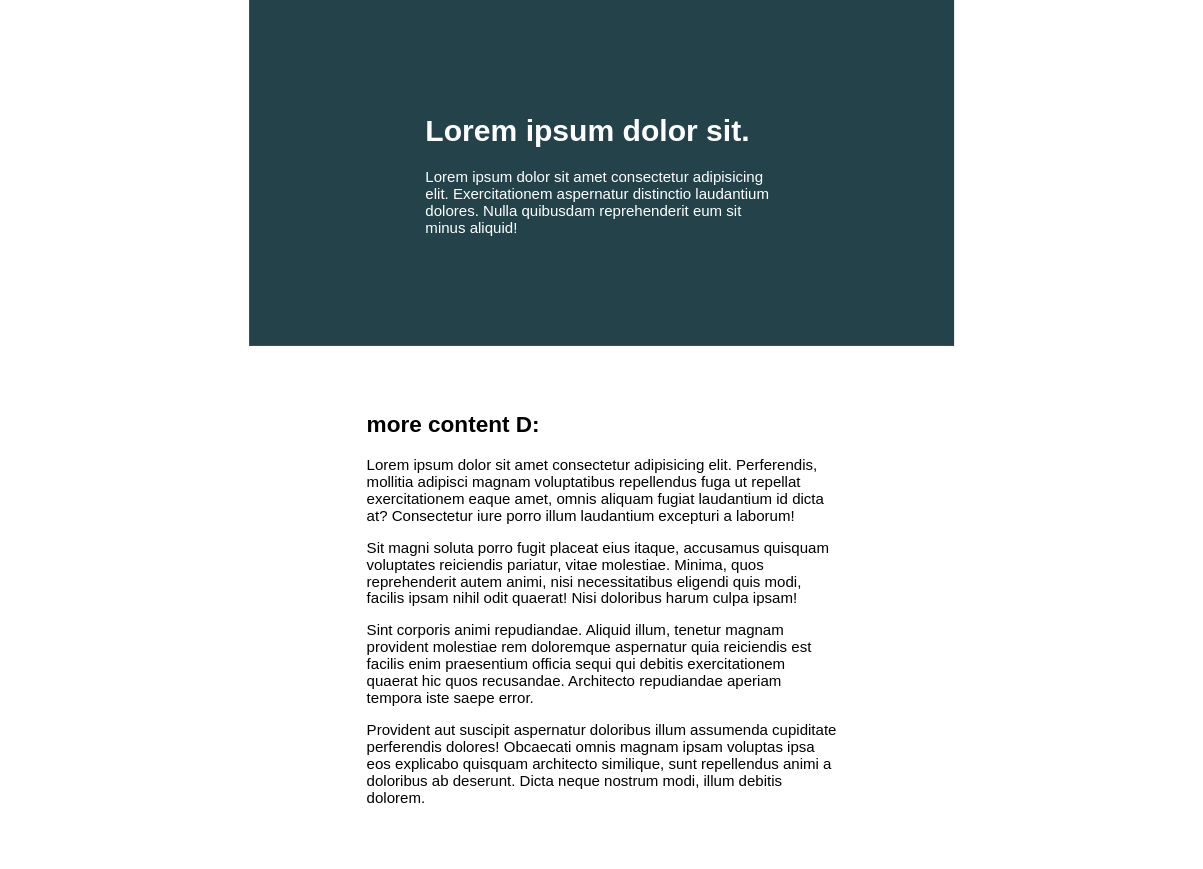
Repository: ufanodev/responsive-3
Page: index.html
These files come from the project's save history. The page is drawn as it stood at one moment and after the next save; the edit follows.
The browser window is 1280 px wide. The pictures show the whole page, at 94% of full size.

Above is the page before, as saved 2022-12-10 19:38:58.

### index.html
<!DOCTYPE html>
<html lang="en">
<head>
    <meta charset="UTF-8">
    <meta name="viewport" content="width=device-width, initial-scale=1.0">
    <title>KP Responsive Course</title>

    <link rel="stylesheet" href="style.css">
</head>
<body>

    <div class="container">
        <div class="intro-content">
            <h1>Lorem ipsum dolor sit.</h1>
            <p>Lorem ipsum dolor sit amet consectetur adipisicing elit. Exercitationem aspernatur distinctio laudantium dolores. Nulla quibusdam reprehenderit eum sit minus aliquid!</p>
        </div>
    </div>

    <div class ="intro-content">
        <h2>more content D:</h2>
            <p>Lorem ipsum dolor sit amet consectetur adipisicing elit. Perferendis, mollitia adipisci magnam voluptatibus repellendus fuga ut repellat exercitationem eaque amet, omnis aliquam fugiat laudantium id dicta at? Consectetur iure porro illum laudantium excepturi a laborum!</p>

            <p>Sit magni soluta porro fugit placeat eius itaque, accusamus quisquam voluptates reiciendis pariatur, vitae molestiae. Minima, quos reprehenderit autem animi, nisi necessitatibus eligendi quis modi, facilis ipsam nihil odit quaerat! Nisi doloribus harum culpa ipsam!</p>

            <p>Sint corporis animi repudiandae. Aliquid illum, tenetur magnam provident molestiae rem doloremque aspernatur quia reiciendis est facilis enim praesentium officia sequi qui debitis exercitationem quaerat hic quos recusandae. Architecto repudiandae aperiam tempora iste saepe error.</p>
            <p>Provident aut suscipit aspernatur doloribus illum assumenda cupiditate perferendis dolores! Obcaecati omnis magnam ipsam voluptas ipsa eos explicabo quisquam architecto similique, sunt repellendus animi a doloribus ab deserunt. Dicta neque nostrum modi, illum debitis dolorem.</p>
    </div>

</body>
</html>

### style.css
/* INSTRUCTIONS
 *
 * 1) Keep the text inside .intro-content
 *    in the same place, but have the background
 *    extend from one side of the viewport
 *    to the other, no matter how wide or narrow
 *    the browser is.
 *
 * 2) Limit the maximum width of the text in the
 *    bottom area.
 *
 * You may modify the HTML if needed
 * (you probably should for this challenge)
 *
 */

* {
  box-sizing: border-box;
}

body {
  margin: 0;
  font-family: sans-serif;
}

.container {
  width: 80%;
  max-width: 750px;
  margin: 0 auto;
  background: #23424a;
  color: white;
  padding: 50px 0;
}

.intro-content {
  width: 50%;
  max-width: 500px;
  margin: 0 auto;
  padding: 50px 0;
}

After the next save:
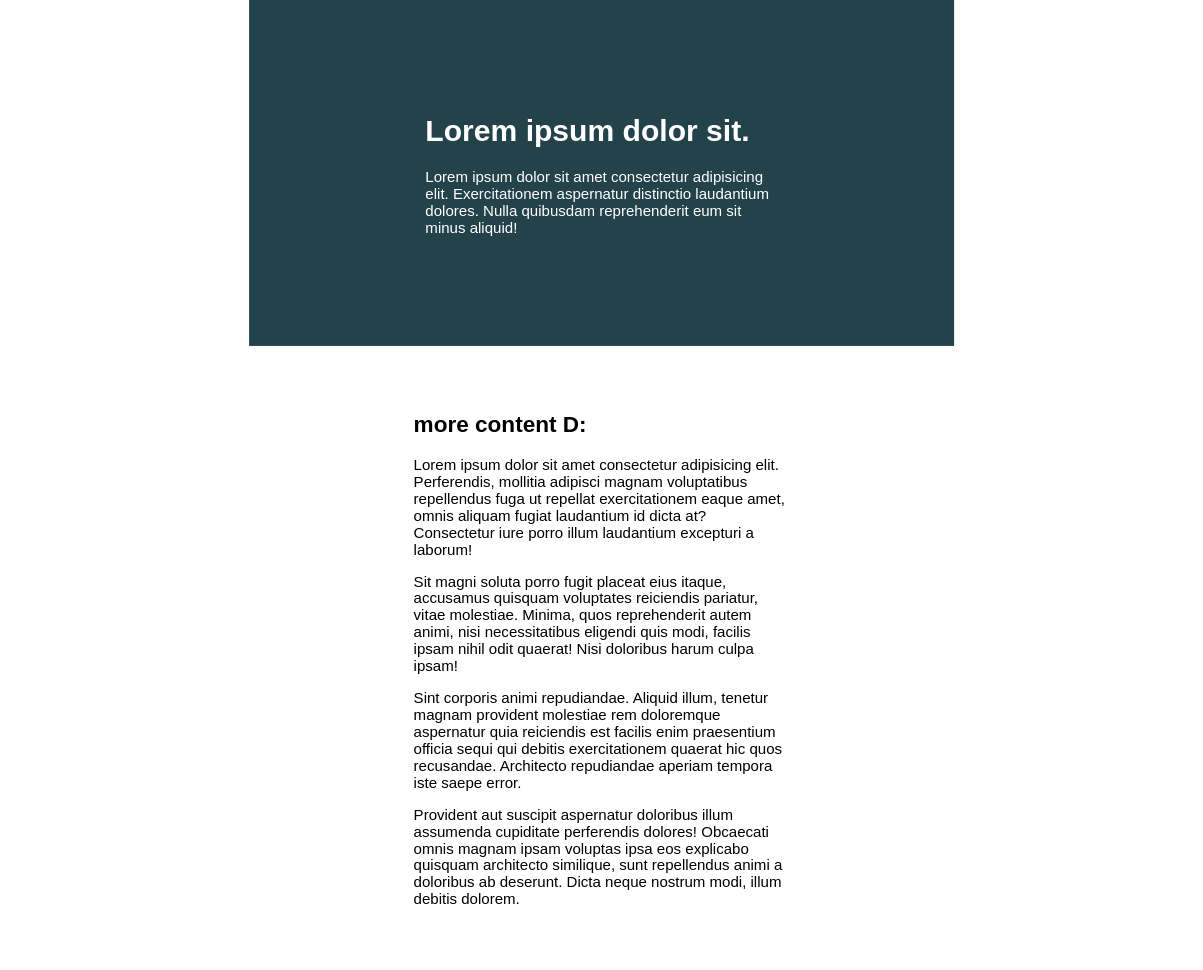
Saved 11 s later.
--- a/style.css
+++ b/style.css
@@ -34,7 +34,7 @@ body {
 
 .intro-content {
   width: 50%;
-  max-width: 500px;
+  max-width: 400px;
   margin: 0 auto;
   padding: 50px 0;
 }
